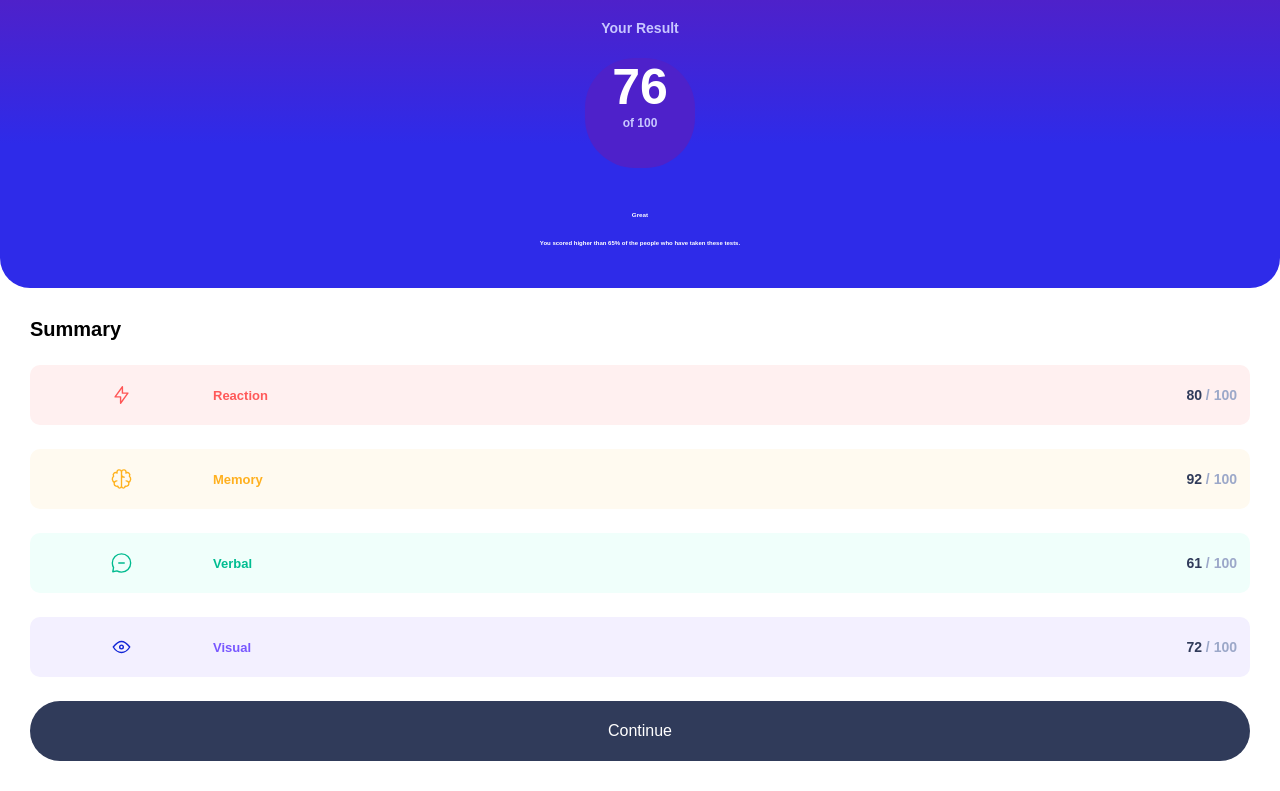
Repository: limaneto/frontend-mentor-results-summary
Page: index.html
The author's editor kept a copy of each file at every save. The page is drawn from the files as they stood at one save, then again after the next save.
The browser window is 1280 px wide. The pictures show the whole page.

Above is the page before, as saved 2023-11-06 09:10:46.

After the next save:
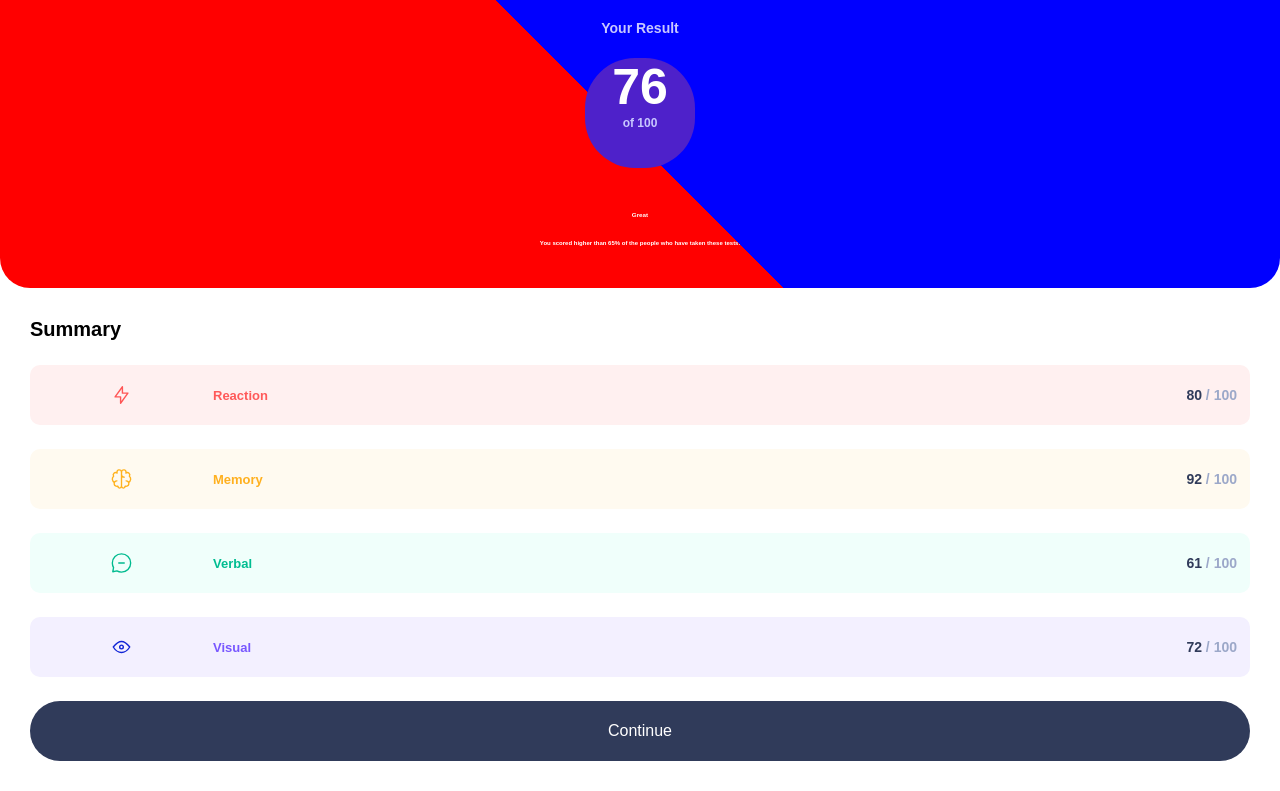
Saved 47 min 20 s later.
--- a/style.css
+++ b/style.css
@@ -47,7 +47,7 @@
   justify-content: space-between;
   padding: 2.0rem;
   height: 40%;
-  background: linear-gradient(0deg, var(--g-royal-blue) 50%, var(--g-violet-blue) 100%);
+  background: linear-gradient(45deg, red 0 50%, blue 50% 100%);
   border-bottom-left-radius: 30px;
   border-bottom-right-radius: 30px;
   color: var(--white);

After the save that followed:
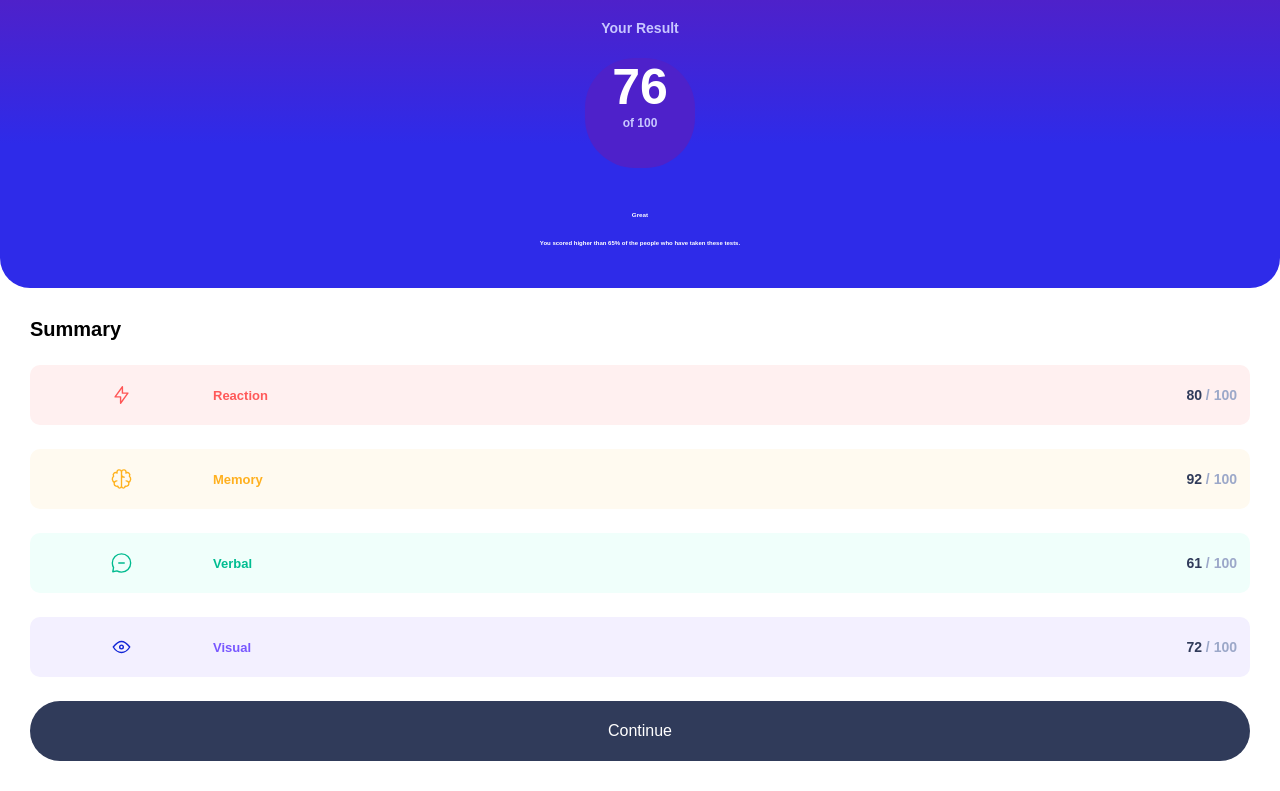
Saved 17 s later.
--- a/style.css
+++ b/style.css
@@ -47,7 +47,7 @@
   justify-content: space-between;
   padding: 2.0rem;
   height: 40%;
-  background: linear-gradient(45deg, red 0 50%, blue 50% 100%);
+  background: linear-gradient(0deg, var(--g-royal-blue) 50%, var(--g-violet-blue) 100%);
   border-bottom-left-radius: 30px;
   border-bottom-right-radius: 30px;
   color: var(--white);
